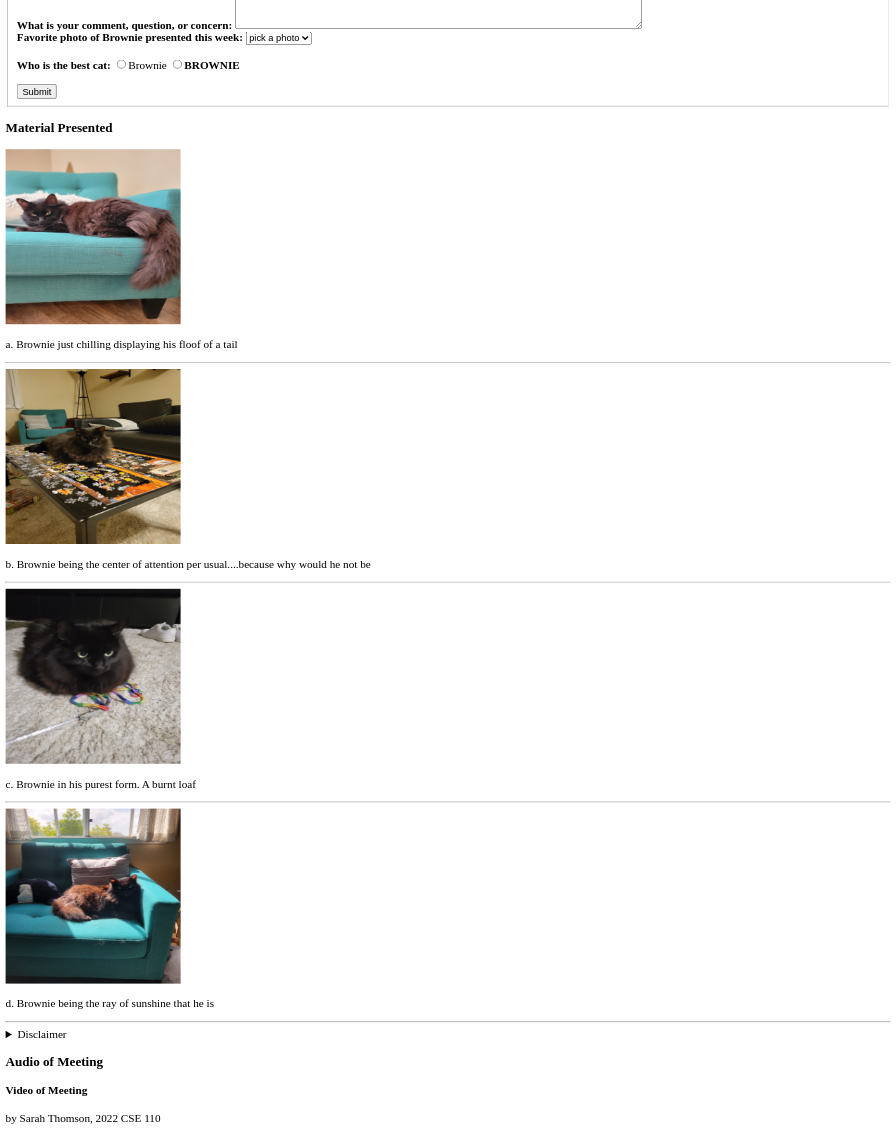
Repository: sarahtthomson/fa22-cse110-lab3
Page: index.html
An editor plug-in stored every save of this project. The page is shown before and after the next save, followed by the edit.
The browser window is 1280 px wide. The pictures show the part of the page from y = 1013 to 2933 px (the page is 2635 px tall before and 2933 px after), at 70% of full size.

Above is the page before, as saved 2022-10-08 19:18:01.

After the next save:
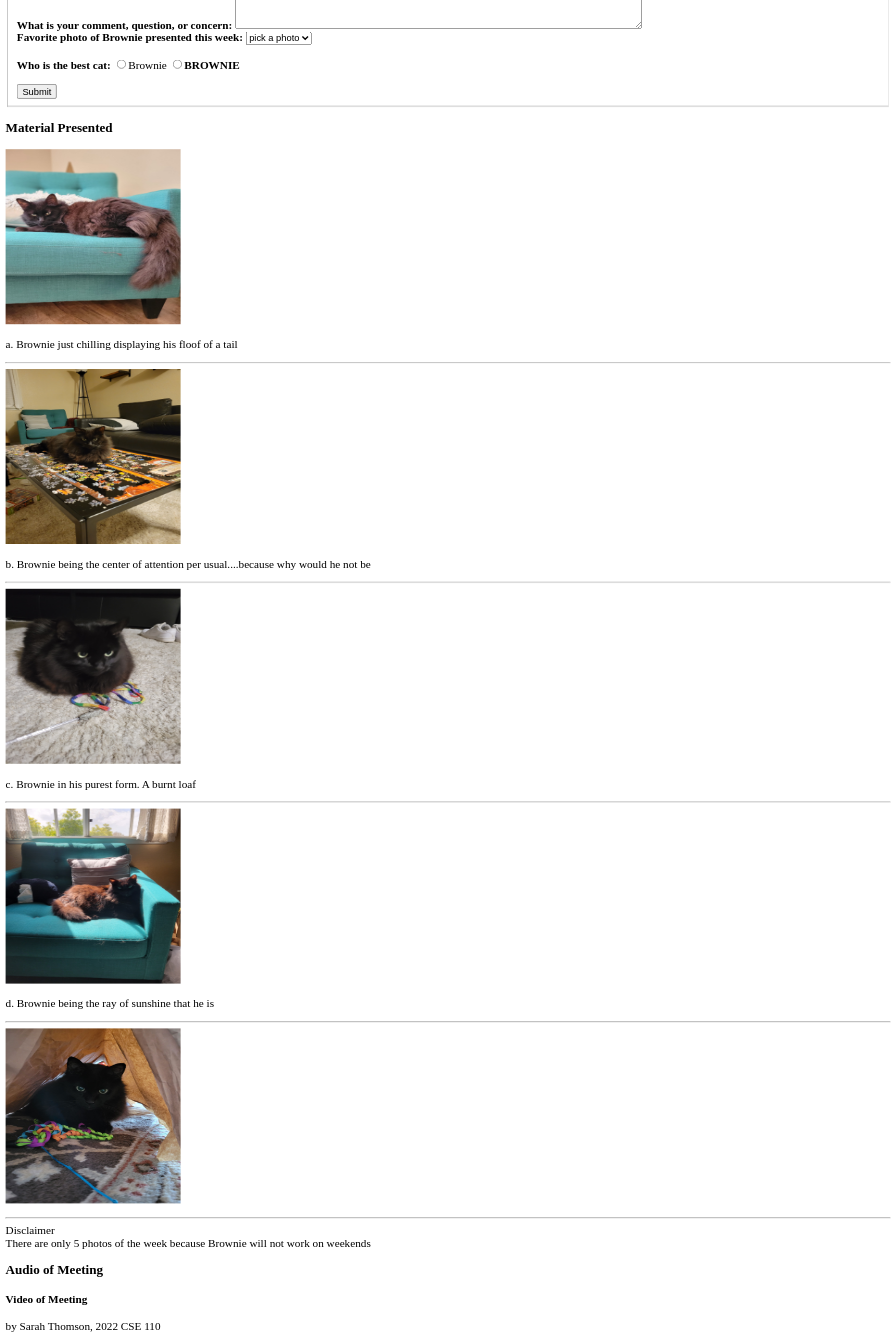
Saved 50 s later.
--- a/index.html
+++ b/index.html
@@ -107,6 +107,9 @@
                 <img height="250" width="250" src="cat3.jpg">
                 <p>d. Brownie being the ray of sunshine that he is</p>
                 <hr>
+                <img height="250" width="250" src="cat4.jpeg">
+                <p></p>
+                <hr
                 <details><summary>Disclaimer</summary>There are only 5 photos of the week because Brownie will not work on weekends</details>
             </div>
             <div class="Audio" id="Audio">
